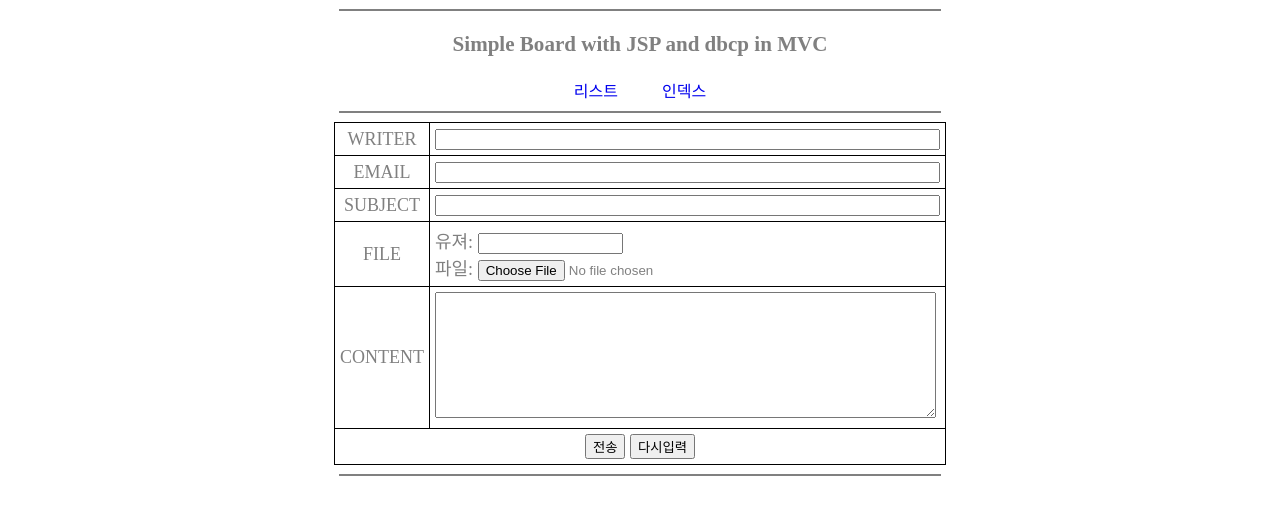
Repository: betweenhj702/Web-App-Server-Practices
Page: http://localhost/MvcPj/sm/write_jsp.jsp
An editor plug-in stored every save of this project. The page is shown before and after the next save, followed by the edit.
The browser window is 1280 px wide. The pictures show the whole page.
The page is served by Tomcat 9. Other server files are loaded and not shown.

Above is the page before, as saved 2021-01-06 13:01:12.
Console error: TypeError: input.writer.focus is not a function

### workspace/MvcPj/WebContent/sm/write_jsp.jsp
<%@page contentType="text/html;charset=utf-8"%>
<!DOCTYPE html>
<html>
  <head>
    <meta charset="utf-8">
    <title>Simple Board with JSP and dbcp in MVC</title>
    <style>
		table, th, td {
		   border: 1px solid black;
		   border-collapse: collapse;
		}
		th, td {
		   padding: 5px;
		}
		a { text-decoration:none }
	</style>
	<script src="../js/check.js"></script>
	<script language="javascript">
	   function check()
	   {
	       for(var i=0; i<document.input.elements.length; i++)
		   {
		      var inputElem = document.input.elements[i]
			  if(inputElem.value == "")
			  {
			     alert("모든 값을 입력 하셔야 합니다. ");
				 return false;
			  }
		   }
			var writerval = input.writer.value;
			writerval = trim(writerval);
			pass = checkByteLen(writerval, 21);
			if(!pass){
				alert("이름 7자이하");
				input.writer.focus();
				return false;
			}
			var emailval = input.email.value;
			emailval = trim(emailval);
			pass = checkByteLen(emailval, 30);
			if(!pass){
				alert("이메일 10자이하");
				input.email.focus();
				return false;
			}
			var subjectval = input.subject.value;
			subjectval = trim(subjectval);
			pass = checkByteLen(subjectval, 30);
			if(!pass){
				alert("제목 10자이하");
				input.subject.focus();
				return false;
			}
			var contentval = input.content.value;
			contentval = trim(contentval);
			pass = checkByteLen(contentval, 600);
			if(!pass){
				alert("글 200자이하");
				input.writer.focus();
				return false;
			}
		   document.input.submit();
       }
	</script>
  </head>
  <body onload="input.writer.focus()">
	<font color="gray" size='4' face="휴먼편지체">
    <center>
	   <hr width="600" size='2' color="gray" noshade>
	      <h3> Simple Board with JSP and dbcp in MVC</h3>
		  	<font color="gray" size="3" face="휴먼편지체">
			<a href='sm.do'>리스트</a>
			&nbsp;&nbsp;&nbsp;&nbsp;&nbsp;&nbsp;&nbsp;&nbsp;&nbsp;
			<a href='../'>인덱스</a>
			</font>
	   <hr width="600" size="2" color="gray" noshade>
	</center>

	<form name="input" method="post" action="sm.do?m=insert">
	   <table border="0" width="600" align="center"  cellpadding="3" cellspacing="1" bordercolor="gray">
	      <tr>
		     <td width="30%" align="center">WRITER</td>
			 <td><input type="text" name="writer" size="60"></td>
		  </tr>
		  <tr>
		     <td align="center">EMAIL</td>
			 <td><input type="text" name="email" size="60"></td>
		  </tr>
          <tr>
		     <td align="center">SUBJECT</td>
			 <td><input type="text" name="subject" size="60"></td>
		  </tr>
		   <tr>
		     <td align="center">FILE</td>
			 <td> 유져: <input type="text" name="writer" size="15"><br/> 파일: <input type="file" name="fname"></td>
		  </tr>
		  <tr>
		     <td align="center">CONTENT</td>
			 <td><textarea  name="content" style="width:98%" rows="8" cols="60"></textarea></td>
		  </tr>
		  <tr>
		     <td colspan="2" align="center">
			    <input type="button" value="전송" onclick="check()">
				<input type="reset" value="다시입력" onclick="input.writer.focus()">
			 </td>
		  </tr>
	   </table>
	   <hr width="600" size="2" color="gray" noshade>
	</form>
	</font>
  </body>
</html>

### workspace/MvcPj/WebContent/js/check.js
function trim(str){
	while(str && str.indexOf(" ") == 0)
		str = str.substring(1);
	while(str && str.lastIndexOf(" ") == str.length-1)
		str = str.substring(0, str.length-1);
	return str;
}
function checkByteLen(str, size){
	var byteLen = getByteLen(str);
	if(byteLen <= size){
		return true;
	}else{
		return false;
	}
}
function getByteLen(str){
	return str.replace(/[\0-\x7f]|([0-\u07ff]|(.))/g,"$&$1$2").length;
}

After the next save:
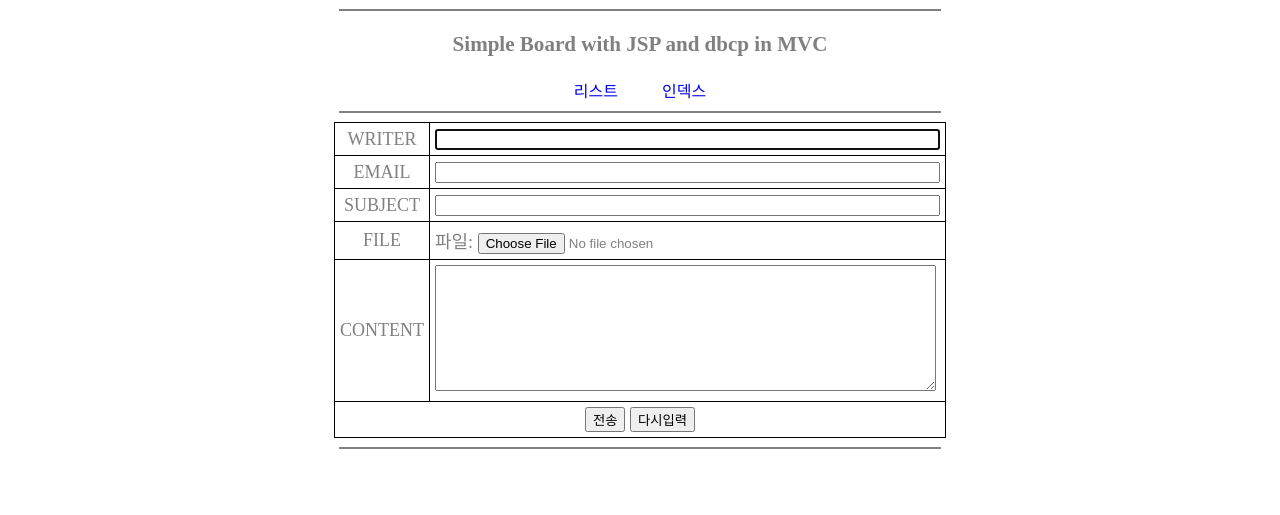
The error is gone.
Saved 37 s later.
--- a/workspace/MvcPj/WebContent/sm/write_jsp.jsp
+++ b/workspace/MvcPj/WebContent/sm/write_jsp.jsp
@@ -92,7 +92,7 @@
 		  </tr>
 		   <tr>
 		     <td align="center">FILE</td>
-			 <td> 유져: <input type="text" name="writer" size="15"><br/> 파일: <input type="file" name="fname"></td>
+			 <td> 파일: <input type="file" name="fname"></td>
 		  </tr>
 		  <tr>
 		     <td align="center">CONTENT</td>
